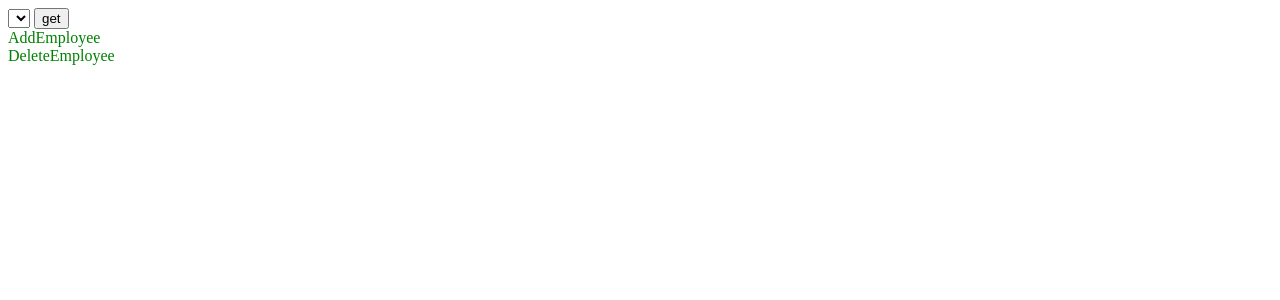
Repository: jayakumar721/projects
Page: http://localhost/WebFilter/EmpDemo.jsp
An editor plug-in stored every save of this project. The page is shown before and after the next save, followed by the edit.
The browser window is 1280 px wide. The pictures show the whole page.
The page is served by Tomcat 9. Queries for data that is not in the repository find no rows.

Above is the page before, as saved 2017-11-21 11:27:47.

After the next save:
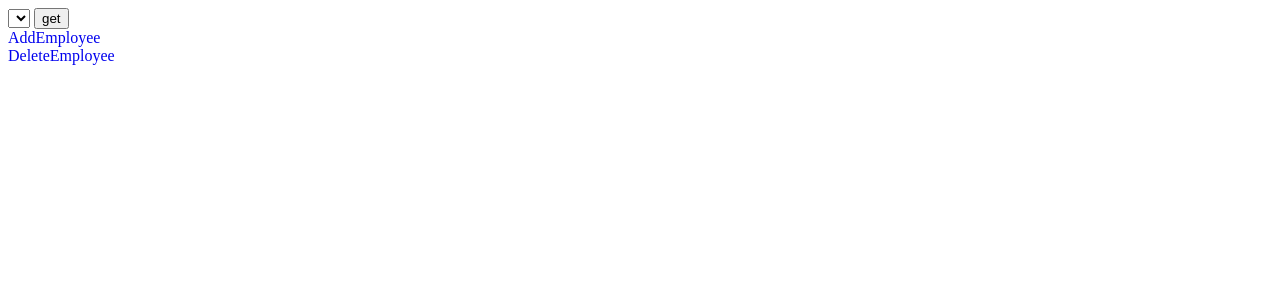
Saved 26 s later.
--- a/WebFilter/WebContent/EmpDemo.jsp
+++ b/WebFilter/WebContent/EmpDemo.jsp
@@ -13,7 +13,7 @@
 <title>Insert title here</title>
 <style>
 a:link {
-    color: green;
+    color:#426f4;
     background-color: transparent;
     text-decoration: none;
 }

After the 2 saves that followed:
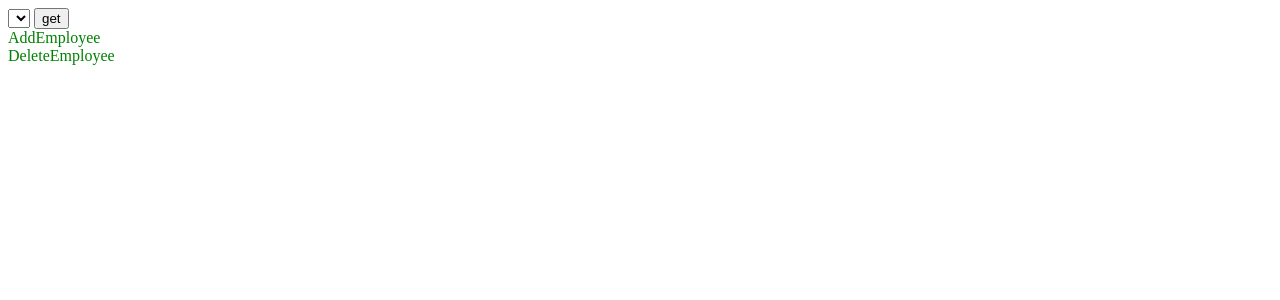
The 2 saves are shown as one change because 1 left the picture as it was.
The last was saved 45 s later.
--- a/WebFilter/WebContent/EmpDemo.jsp
+++ b/WebFilter/WebContent/EmpDemo.jsp
@@ -13,16 +13,12 @@
 <title>Insert title here</title>
 <style>
 a:link {
-    color:#426f4;
+    color:green;
     background-color: transparent;
     text-decoration: none;
 }
 
-a:visited {
-    color: pink;
-    background-color: transparent;
-    text-decoration: none;
-}
+
 
 a:hover {
     color: red;
